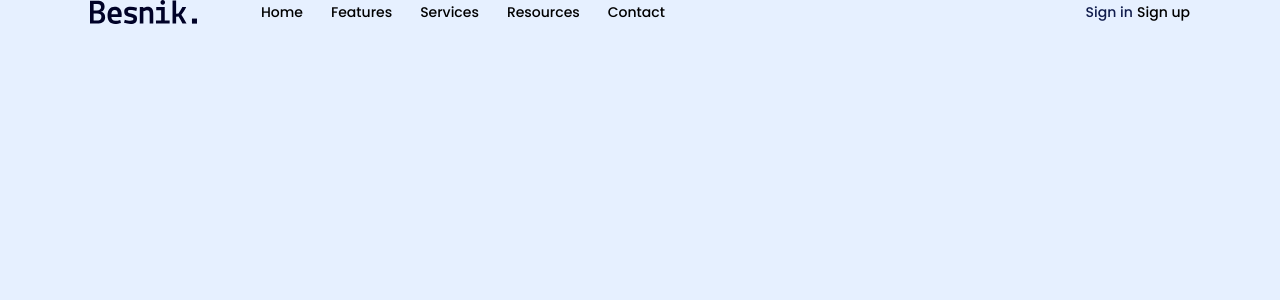
Repository: ducvui2003/f8-project-01
Page: index.html
The author's editor kept a copy of each file at every save. The page is drawn from the files as they stood at one save, then again after the next save.
The browser window is 1280 px wide. The pictures show the whole page.

Above is the page before, as saved 2023-06-16 10:07:09.

### index.html
<!DOCTYPE html>
<html lang="en">

<head>
    <meta charset="UTF-8">
    <meta name="viewport" content="width=device-width, initial-scale=1.0">
    <title>f8-procject-01</title>

    <link rel="stylesheet" href="./asset/css/reset.css">
    <link rel="stylesheet" href="./asset/font/stylesheet.css">
    <link rel="stylesheet" href="./asset/css/styles.css">
</head>

<body>
    <main>
        <!-- Header -->
        <header class="header">
            <div class="content">
                <!--  -->
                <nav class="nav">
                    <!-- Logo -->
                    <img src="./asset/img/logo.svg" alt="">

                    <!-- Navigation -->
                    <ul>
                        <li><a href="">Home</a></li>
                        <li><a href="">Features</a></li>
                        <li><a href="">Services</a></li>
                        <li><a href="">Resources</a></li>
                        <li><a href="">Contact</a></li>
                    </ul>

                    <!-- Acion -->
                    <div class="actions">
                        <a href="#!" class="action-link">Sign in</a>
                        <a href="#!" class="btn">Sign up</a>
                    </div>
                </nav>
            </div>
        </header>

    </main>
</body>

</main>

</html>

### asset/font/stylesheet.css
/* =======Poppins font=========== */
@font-face {
  font-family: "Poppins";
  src: url("Poppins/Poppins-Black.woff2") format("woff2"),
    url("Poppins/Poppins-Black.woff") format("woff");
  font-weight: 900;
  font-style: normal;
  font-display: swap;
}

@font-face {
  font-family: "Poppins";
  src: url("Poppins/Poppins-BlackItalic.woff2") format("woff2"),
    url("Poppins/Poppins-BlackItalic.woff") format("woff");
  font-weight: 900;
  font-style: italic;
  font-display: swap;
}

@font-face {
  font-family: "Poppins";
  src: url("Poppins/Poppins-Bold.woff2") format("woff2"),
    url("Poppins/Poppins-Bold.woff") format("woff");
  font-weight: bold;
  font-style: normal;
  font-display: swap;
}

@font-face {
  font-family: "Poppins";
  src: url("Poppins/Poppins-BoldItalic.woff2") format("woff2"),
    url("Poppins/Poppins-BoldItalic.woff") format("woff");
  font-weight: bold;
  font-style: italic;
  font-display: swap;
}

@font-face {
  font-family: "Poppins";
  src: url("Poppins/Poppins-ExtraBold.woff2") format("woff2"),
    url("Poppins/Poppins-ExtraBold.woff") format("woff");
  font-weight: bold;
  font-style: normal;
  font-display: swap;
}

@font-face {
  font-family: "Poppins";
  src: url("Poppins/Poppins-ExtraBoldItalic.woff2") format("woff2"),
    url("Poppins/Poppins-ExtraBoldItalic.woff") format("woff");
  font-weight: bold;
  font-style: italic;
  font-display: swap;
}

@font-face {
  font-family: "Poppins";
  src: url("Poppins/Poppins-ExtraLight.woff2") format("woff2"),
    url("Poppins/Poppins-ExtraLight.woff") format("woff");
  font-weight: 200;
  font-style: normal;
  font-display: swap;
}

@font-face {
  font-family: "Poppins";
  src: url("Poppins/Poppins-ExtraLightItalic.woff2") format("woff2"),
    url("Poppins/Poppins-ExtraLightItalic.woff") format("woff");
  font-weight: 200;
  font-style: italic;
  font-display: swap;
}

@font-face {
  font-family: "Poppins";
  src: url("Poppins/Poppins-Italic.woff2") format("woff2"),
    url("Poppins/Poppins-Italic.woff") format("woff");
  font-weight: normal;
  font-style: italic;
  font-display: swap;
}

@font-face {
  font-family: "Poppins";
  src: url("Poppins/Poppins-Light.woff2") format("woff2"),
    url("Poppins/Poppins-Light.woff") format("woff");
  font-weight: 300;
  font-style: normal;
  font-display: swap;
}

@font-face {
  font-family: "Poppins";
  src: url("Poppins/Poppins-LightItalic.woff2") format("woff2"),
    url("Poppins/Poppins-LightItalic.woff") format("woff");
  font-weight: 300;
  font-style: italic;
  font-display: swap;
}

@font-face {
  font-family: "Poppins";
  src: url("Poppins/Poppins-Medium.woff2") format("woff2"),
    url("Poppins/Poppins-Medium.woff") format("woff");
  font-weight: 500;
  font-style: normal;
  font-display: swap;
}

@font-face {
  font-family: "Poppins";
  src: url("Poppins/Poppins-MediumItalic.woff2") format("woff2"),
    url("Poppins/Poppins-MediumItalic.woff") format("woff");
  font-weight: 500;
  font-style: italic;
  font-display: swap;
}

@font-face {
  font-family: "Poppins";
  src: url("Poppins/Poppins-SemiBold.woff2") format("woff2"),
    url("Poppins/Poppins-SemiBold.woff") format("woff");
  font-weight: 600;
  font-style: normal;
  font-display: swap;
}

@font-face {
  font-family: "Poppins";
  src: url("Poppins/Poppins-Regular.woff2") format("woff2"),
    url("Poppins/Poppins-Regular.woff") format("woff");
  font-weight: normal;
  font-style: normal;
  font-display: swap;
}

@font-face {
  font-family: "Poppins";
  src: url("Poppins/Poppins-SemiBoldItalic.woff2") format("woff2"),
    url("Poppins/Poppins-SemiBoldItalic.woff") format("woff");
  font-weight: 600;
  font-style: italic;
  font-display: swap;
}

@font-face {
  font-family: "Poppins";
  src: url("Poppins/Poppins-Thin.woff2") format("woff2"),
    url("Poppins/Poppins-Thin.woff") format("woff");
  font-weight: 100;
  font-style: normal;
  font-display: swap;
}

@font-face {
  font-family: "Poppins";
  src: url("Poppins/Poppins-ThinItalic.woff2") format("woff2"),
    url("Poppins/Poppins-ThinItalic.woff") format("woff");
  font-weight: 100;
  font-style: italic;
  font-display: swap;
}

### asset/css/styles.css
* {
  box-sizing: border-box;
}
html {
  font-size: 62.5%;
}
body {
  font-size: 1.6rem;
  font-family: "Poppins";
}
/* Common */

.content {
  width: 1100px;
  margin-left: auto;
  margin-right: auto;
}

.btn {
}
/* Header */
.header {
  height: 100vh;
  background-color: #e6f0ff;
}

.header .nav {
  display: flex;
  align-items: center;
}
.header .nav ul {
  margin-left: 6.4rem;
  margin-right: auto;

  display: flex;
  justify-content: space-between;
  gap: 2.8rem;
}
.header .nav a {
  text-decoration: none;
  color: black;
  font-weight: 500;
  font-size: 1.4rem;
  line-height: 21px;
}

.header .nav .action-link {
  color: #0f1b4c;
}

Loaded but not shown: asset/css/reset.css (common file)

After the next save:
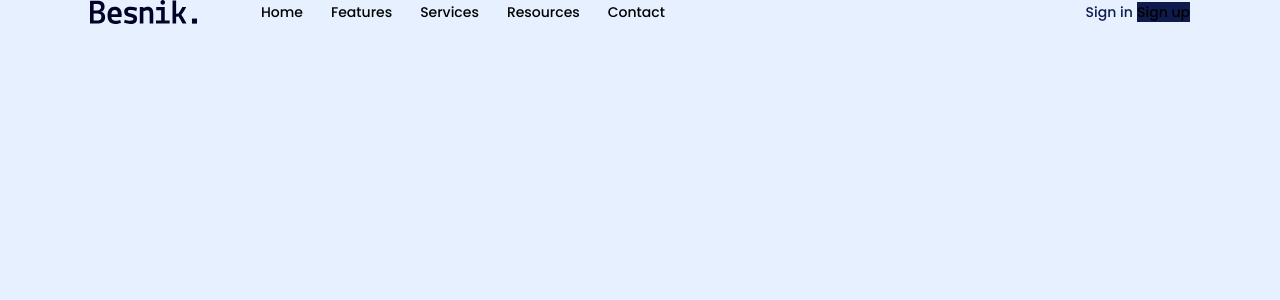
Saved 16 s later.
--- a/asset/css/styles.css
+++ b/asset/css/styles.css
@@ -17,6 +17,7 @@
 }
 
 .btn {
+  background-color: #0f1b4c;
 }
 /* Header */
 .header {
